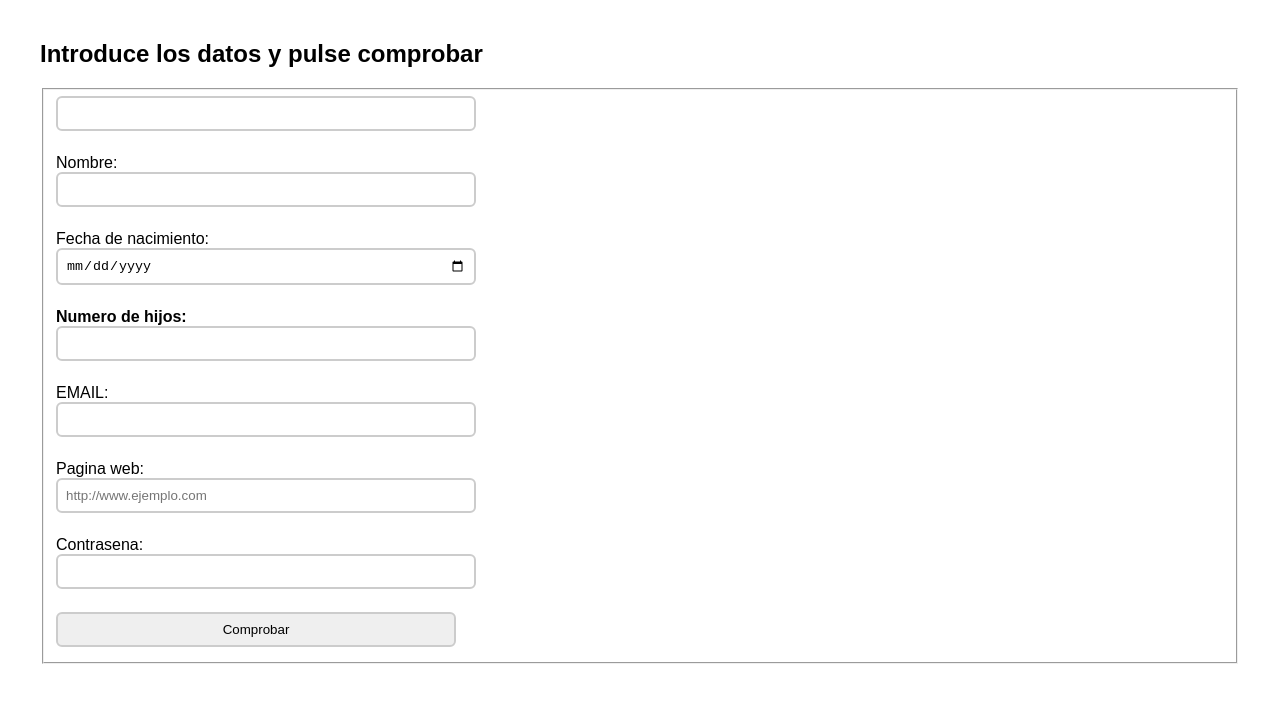
Repository: KoTvTrysaX01/2DAW-Desarrollo-WEB-en-Entorno-Cliente
Page: JAVASCRIPT/UD2/practica5/Actividad1/index.html
These files come from the project's save history. The page is drawn as it stood at one moment and after a run of saves; the edit follows.
The browser window is 1280 px wide. The pictures show the whole page.

Above is the page before, as saved 2025-11-01 17:30:45.

After the next 2 saves:
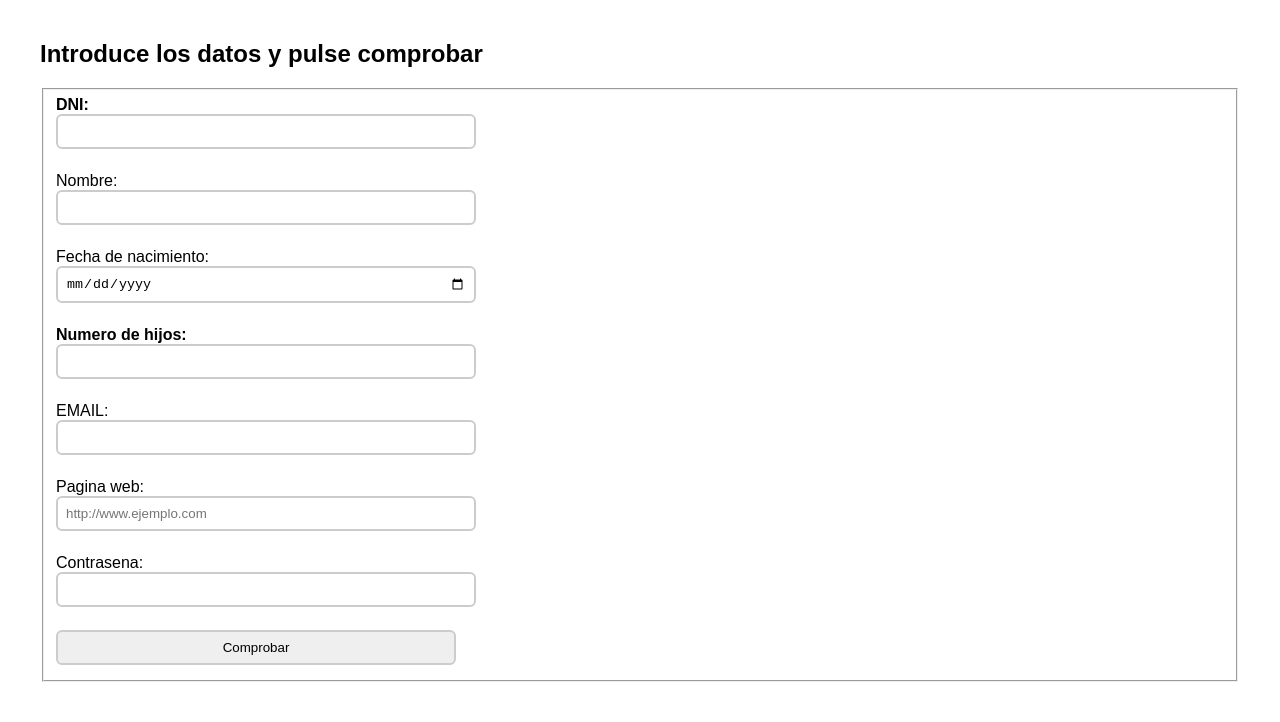
The 2 saves are shown as one change because they came seconds apart.
The last was saved 5 s later.
--- a/JAVASCRIPT/UD2/practica5/Actividad1/index.html
+++ b/JAVASCRIPT/UD2/practica5/Actividad1/index.html
@@ -8,7 +8,7 @@
     <h2>Introduce los datos y pulse comprobar</h2>
     <fieldset>
     <form id = "registartionForm" name="form1" method="post" action="" target=" _blank">
-        <label for = "dni"></label>
+        <label for = "dni">DNI:</label>
         <input id="dni" type="text" name="dni" ><br>
         Nombre:<input id="nombre" type="text" name="nombre" ><br>
         Fecha de nacimiento: <input id="fecha" type="date" name="fecha" ><br>
